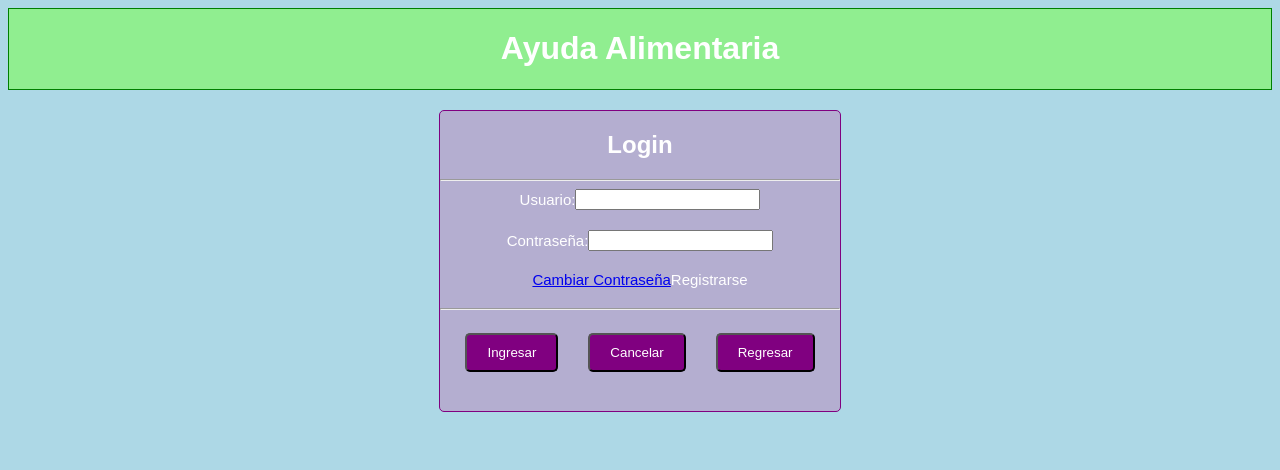
Repository: sonicspeed1/examen1_codigo_bryansantillan
Page: http://localhost/examen_1_bryan_santillan/Login.jsp
These files come from the project's save history. The page is drawn as it stood at one moment and after the next save; the edit follows.
The browser window is 1280 px wide. The pictures show the whole page.
The page is served by Tomcat 9.

Above is the page before, as saved 2024-05-25 17:21:24.

After the next save:
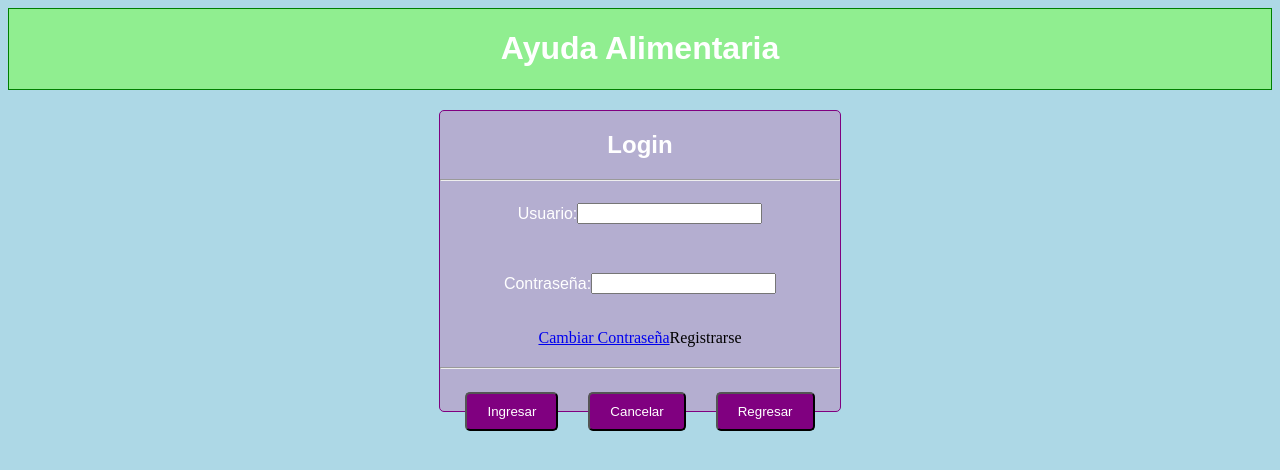
Saved 75 s later.
--- a/examen_1_bryan_santillan/src/main/webapp/Login.jsp
+++ b/examen_1_bryan_santillan/src/main/webapp/Login.jsp
@@ -15,8 +15,8 @@
     <div class="cuadro2">
  <h2 class="titulo2">Login</h2><hr>
  <form action="login.jsp" method="post">
- <label class="item_login">Usuario: <input type="text" name="usuario"></label>
- <label class="item_login">Contraseña: <input type="password" name="contraseña"></label>
+ <label class="item_login"><p class="titulo2">Usuario:</p > <input type="text" name="usuario"></label>
+ <label class="item_login"><p class="titulo2">Contraseña:</p> <input type="password" name="contraseña"></label>
  <div class="item_login">
  <a href="registro_donadores.jsp">Cambiar Contraseña</a>
  <a>Registrarse</a>
--- a/examen_1_bryan_santillan/src/main/webapp/estilo.css
+++ b/examen_1_bryan_santillan/src/main/webapp/estilo.css
@@ -59,9 +59,6 @@
     justify-content: center;
     align-items: center;
     margin-bottom: 20px;
-    font-family: 'Comic Sans MS', cursive, sans-serif;
-   color: white;
-   font-size:15px;
 }
 .button{
 	background-color: purple;
